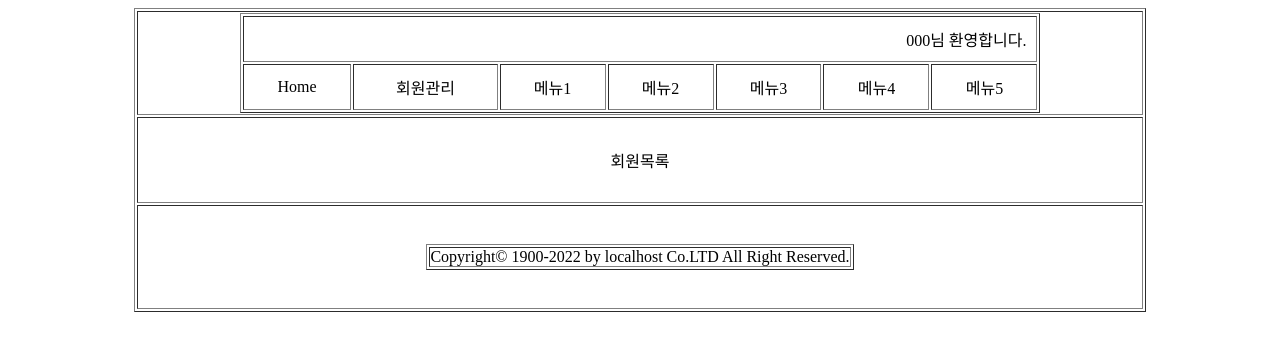
Repository: Mildous/HKIT-BackendClass
Page: http://localhost/jspPortfolioModel1/main/main.jsp?menuGubun=member_list
The author's editor kept a copy of each file at every save. The page is drawn from the files as they stood at one save, then again after the next save.
The browser window is 1280 px wide. The pictures show the whole page.
The page is served by Tomcat 9. Other server files are loaded and not shown.

Above is the page before, as saved 2022-08-18 00:55:40.

### workspace/jsp/jspPortfolioModel1/WebContent/main/main.jsp
<%@ page language="java" contentType="text/html; charset=UTF-8"
    pageEncoding="UTF-8"%>
<%
	String menuGubun = request.getParameter("menuGubun");

	if(menuGubun == null || menuGubun.equals("")) {
		//menuGubun = "member_list";

/*		out.println("<script>");
		out.println("location.href='error.jsp?errorCode=001';");
		out.println("</script>");
*/
	}

%>
<!DOCTYPE html>
<html>
<head>
<meta charset="UTF-8">
<title>Insert title here</title>
</head>
<body>

<table border="1" width="80%" align="center">
	<tr>
		<td height="100px;" align="center">
			<jsp:include page="../_include/inc_menu.jsp" flush="true" />
		</td>
	</tr>
	<tr>
		<td align="center" style="padding: 30px 0px 30px 0px;">
			<% if(menuGubun.equals("member_list")) { %>
				회원목록
			<% } else if(menuGubun.equals("member_view")) { %>
				회원상세보기
			<% } else if(menuGubun.equals("member_insert")) { %>
				회원등록
			<% } else if(menuGubun.equals("member_edit")) { %>
				회원수정
			<% } else if(menuGubun.equals("member_delete")) { %>
				회원삭제

			<% } else if(menuGubun.equals("product_list")) { %>
				상품목록
			<% } else if(menuGubun.equals("product_view")) { %>
				상품상세보기
			<% } else if(menuGubun.equals("product_insert")) { %>
				상품등록
			<% } else if(menuGubun.equals("product_edit")) { %>
				상품수정
			<% } else if(menuGubun.equals("product_delete")) { %>
				상품삭제
			<% } %>

		</td>
	</tr>
	<tr>
		<td height="100px;" align="center">
			<jsp:include page="../_include/inc_copyright.jsp" flush="true" />
		</td>
	</tr>
</table>
</body>
</html>

### workspace/jsp/jspPortfolioModel1/WebContent/_include/inc_menu.jsp
<%@ page language="java" contentType="text/html; charset=UTF-8"
    pageEncoding="UTF-8"%>

<table border="1" align="center" width="80%">
	<tr>
		<td colspan="10" align="right" style="padding: 10px;">
			000님 환영합니다.
		</td>
	</tr>
	<tr>
		<td align="center" style="padding: 10px;">
			Home
		</td>
		<td align="center" style="padding: 10px;">
			회원관리
		</td>
		<td align="center" style="padding: 10px;">
			메뉴1
		</td>
		<td align="center" style="padding: 10px;">
			메뉴2
		</td>
		<td align="center" style="padding: 10px;">
			메뉴3
		</td>
		<td align="center" style="padding: 10px;">
			메뉴4
		</td>
		<td align="center" style="padding: 10px;">
			메뉴5
		</td>
	</tr>
</table>

### workspace/jsp/jspPortfolioModel1/WebContent/_include/inc_copyright.jsp
<%@ page language="java" contentType="text/html; charset=UTF-8"
    pageEncoding="UTF-8"%>

<table border="1" align="center">
	<tr>
		<td align="center" style="padding: 0px;">
			Copyright&copy; 1900-2022 by localhost Co.LTD All Right Reserved.
		</td>
	</tr>
</table>

After the next save:
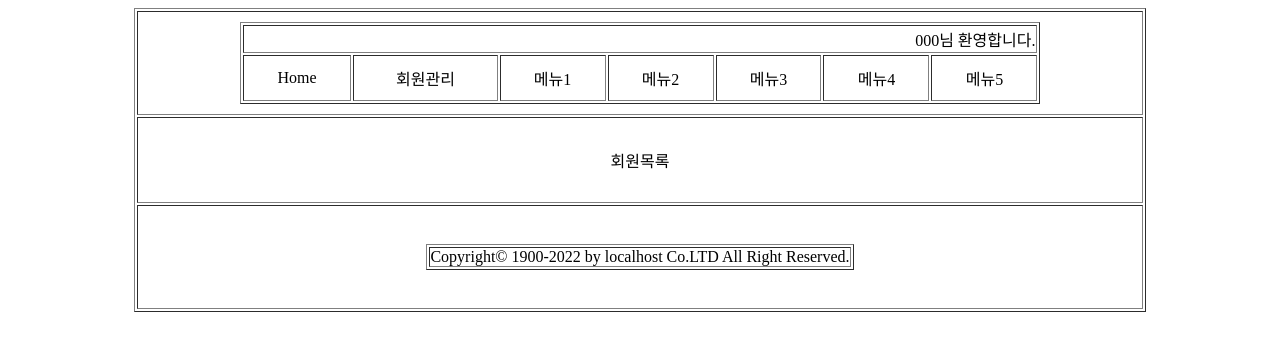
Saved 42 s later.
--- a/workspace/jsp/jspPortfolioModel1/WebContent/_include/inc_menu.jsp
+++ b/workspace/jsp/jspPortfolioModel1/WebContent/_include/inc_menu.jsp
@@ -3,7 +3,7 @@
 
 <table border="1" align="center" width="80%">
 	<tr>
-		<td colspan="10" align="right" style="padding: 10px;">
+		<td colspan="10" align="right">
 			000님 환영합니다.
 		</td>
 	</tr>
